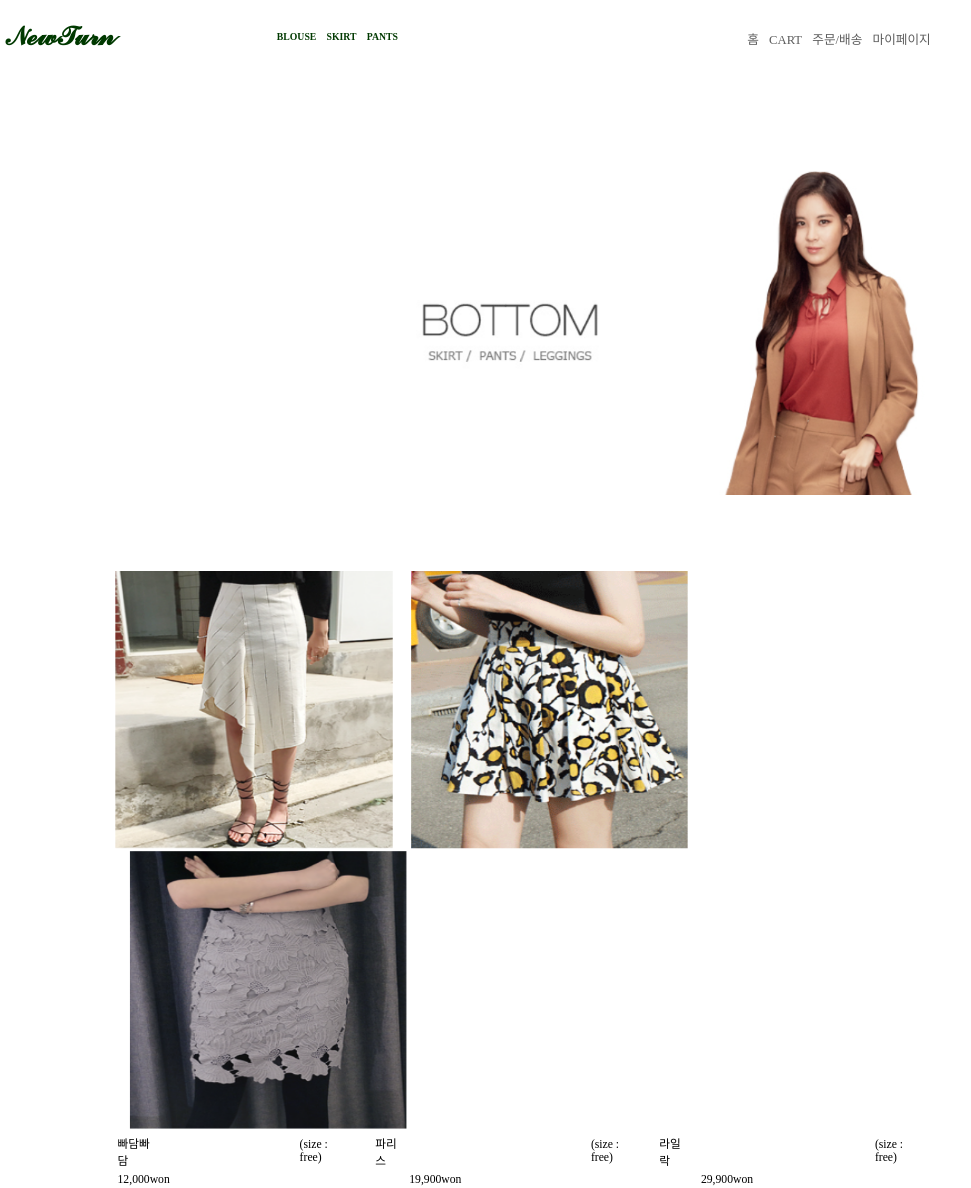
Repository: won0108/Port-Folio
Page: Creating_Homepage/Shopping/WebContent/skirt.html
These files come from the project's save history. The page is drawn as it stood at one moment and after the next save; the edit follows.
The browser window is 1280 px wide. The page is 1330 px wide, so the pictures cover 1330 px, including what lies to the right of the window. The pictures show the whole page, at 73% of full size.

Above is the page before, as saved 2020-12-03 08:12:34.

After the next save:
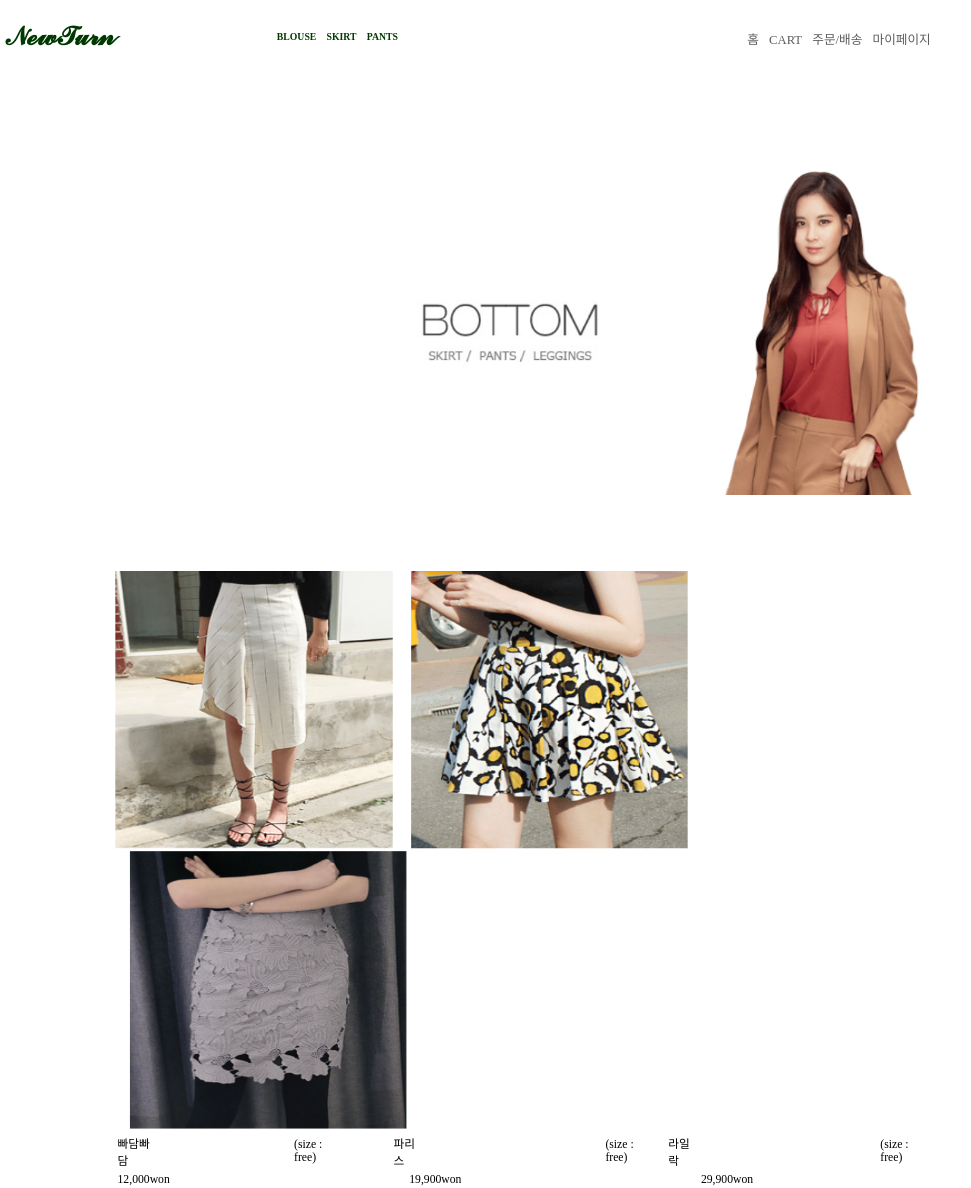
Saved 29 s later.
--- a/Creating_Homepage/Shopping/WebContent/skirt.html
+++ b/Creating_Homepage/Shopping/WebContent/skirt.html
@@ -80,7 +80,7 @@
 				<tr>
 					<td>빠담빠담</td>
 					<td style="padding-left:190px;">(size : free)</td>
-					<td style="padding-left: 30px;">파리스</td>
+					<td style="padding-left: 70px;">파리스</td>
 					<td style="padding-left:250px;">(size : free)</td>
 					<td style="padding-left: 20px;">라일락</td>
 					<td style="padding-left:250px;">(size : free)</td>
